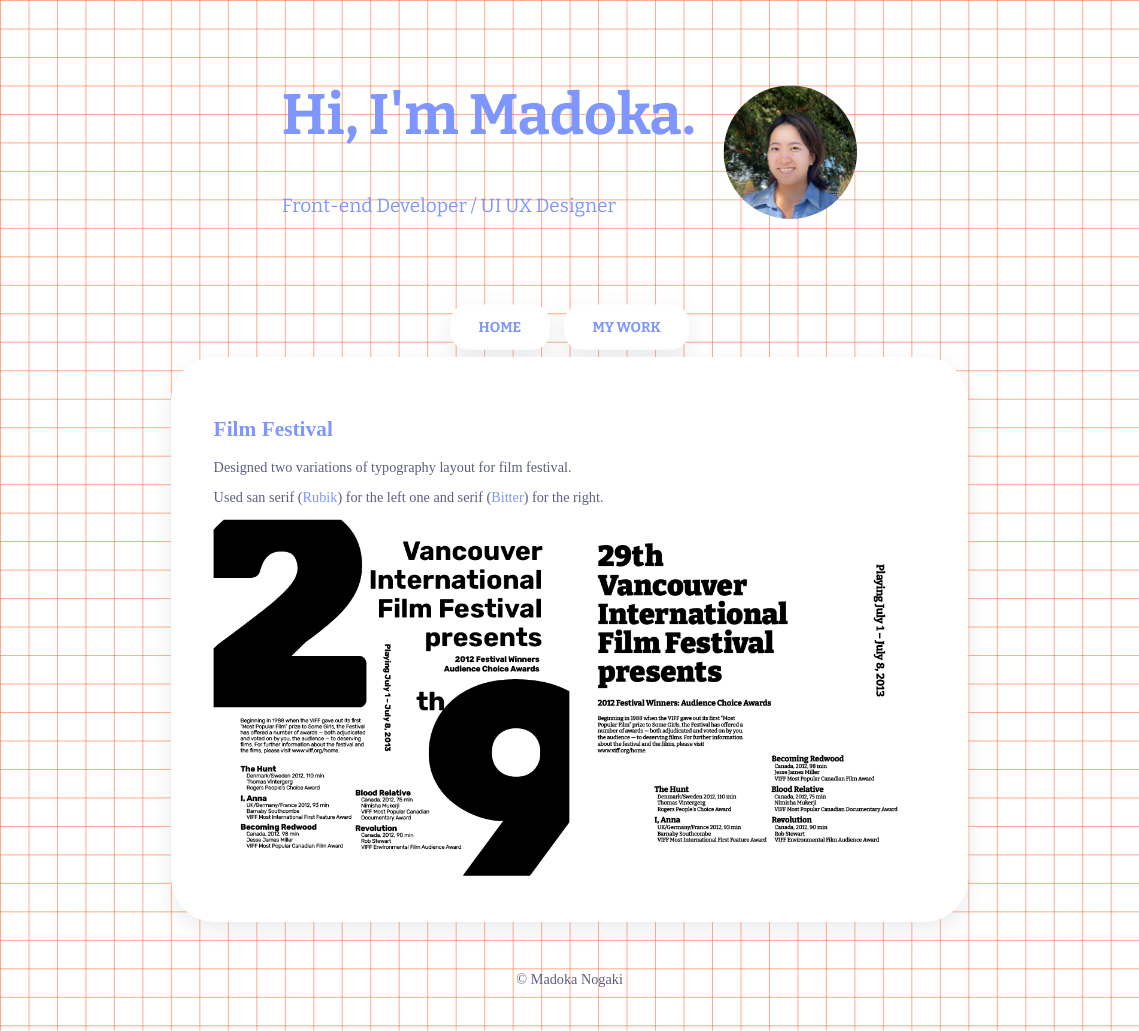
Repository: ohmaruko/portfolio
Page: /links/filmFestival
The author's editor kept a copy of each file at every save. The page is drawn from the files as they stood at one save, then again after a run of saves.
The browser window is 1280 px wide. The pictures show the whole page, at 89% of full size.
The project was rebuilt for these pictures with package versions that can differ from the ones it lists, and the page was loaded fresh each time. The framework's server and built-in components were replaced by stand-ins that run in the browser. Also part of the build but not shown: next.config.mjs.

Above is the page before, as saved 2024-02-18 23:47:11.

After the next 3 saves:
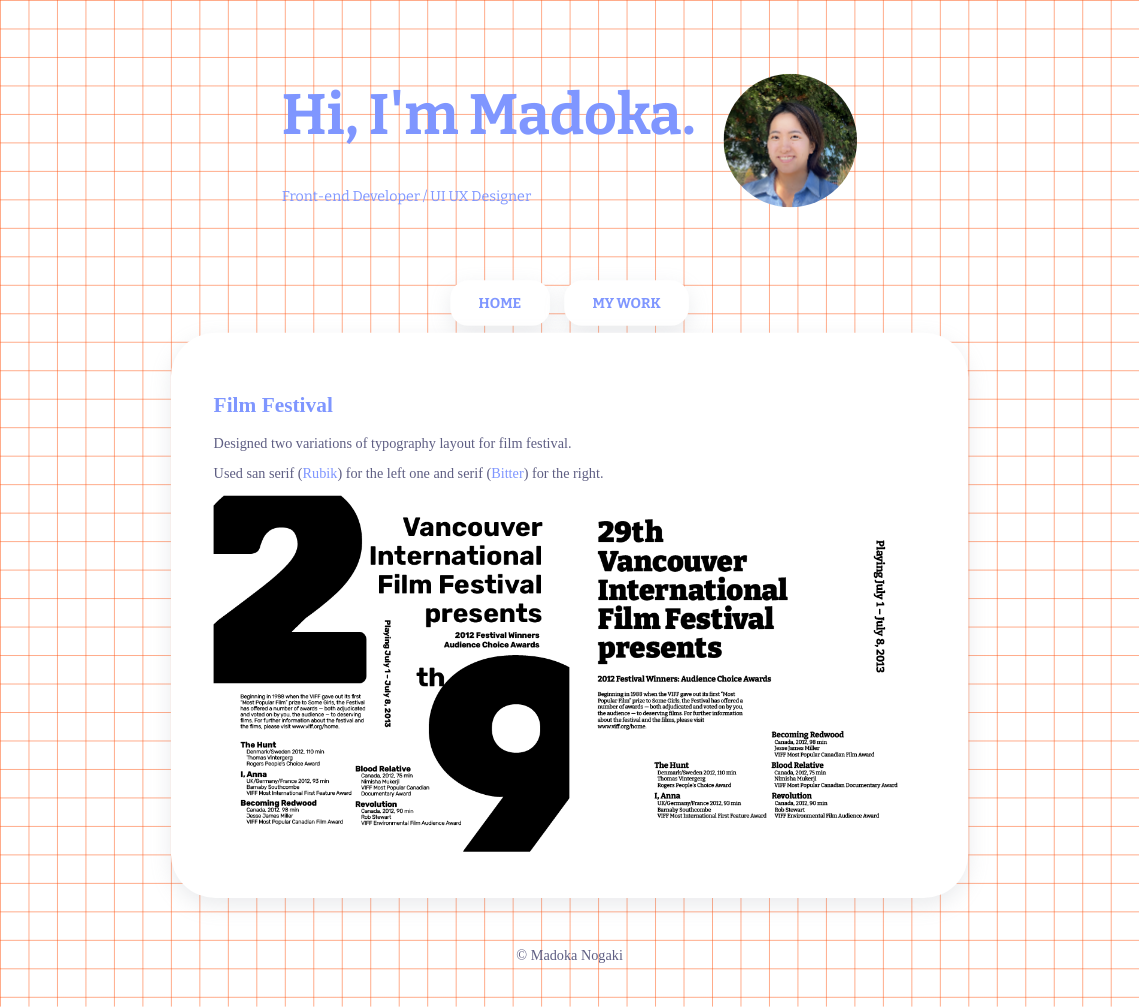
The 3 saves are shown as one change because they came seconds apart.
The last was saved 31 s later.
--- a/styles/globals.css
+++ b/styles/globals.css
@@ -22,6 +22,9 @@
 h2 {
   font-size: 24px;
 }
+h6 {
+  font-size: 16px;
+}
 p {
   color: var(--text);
   font-size: 16px;
